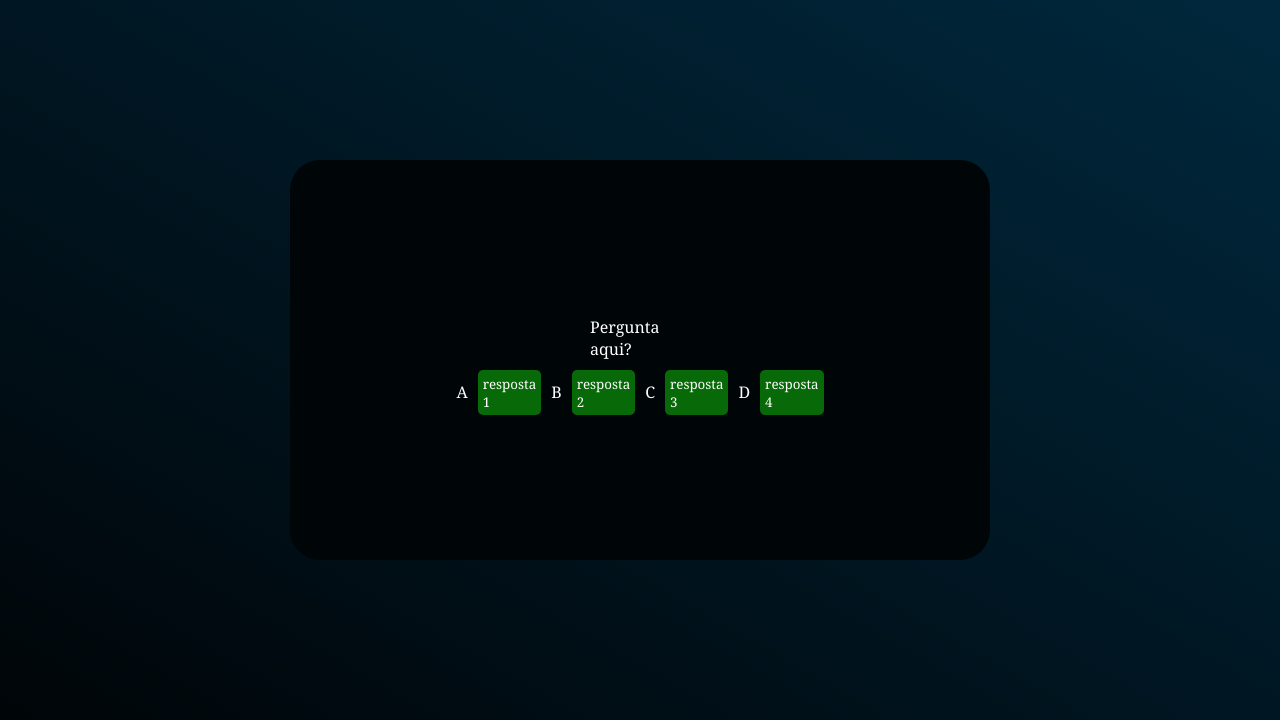
Repository: LaisSilvaO/Projeto-Quizz
Page: telas/index.html
The author's editor kept a copy of each file at every save. The page is drawn from the files as they stood at one save, then again after the next save.
The browser window is 1280 px wide. The pictures show the whole page.

Above is the page before, as saved 2024-12-26 10:47:01.

### telas/index.html
<!DOCTYPE html>
<html lang="pt-br">

<head>
    <meta charset="UTF-8">
    <meta name="viewport" content="width=device-width, initial-scale=1.0">
    <title>Perguntas</title>
    <link rel="stylesheet" href="../img/tela.css">
</head>

<body>

    <div class="box1">
        <div class="box2">
            <div class="content">
                <span class="qtddquestao"></span>
                <span class="questao">Pergunta aqui?</span>
                <div class="resposta">
                   A<button class="respbotao">resposta 1</button>
                   B<button class="respbotao">resposta 2</button>
                   C<button class="respbotao">resposta 3</button>
                   D<button class="respbotao">resposta 4</button>
                </div>
            </div>
            <div class="final">
                <span></span>
                <button>REINICIAR JOGO</button>
                <button class="proximapergunta">PROXIMA PERGUNTA</button>
            </div>
        </div>
    </div>


</body>

</html>

### img/tela.css
* {
  margin: 0;
  padding: 0;
  box-sizing: border-box;
  font-family: Cambria, Cochin, Georgia, Times, 'Times New Roman', serif;
}

body {
  height: 100vh;
  display: flex;
  justify-content: center;
  align-items: center;
  flex-direction: column;
  background: linear-gradient(210deg, #00283d, #000508);
}

main {
  background-color: white;
  padding: 10px;
  border-radius: 10px;
  width: 100%;
  max-width: 600px;
  min-height: 400px;
  display: flex;
  justify-content: center;
  align-items: center;
}

.box1{
  position: relative;
  width: 700px;
  height: 410px;

  border-radius: 30px;
  display: flex;
  justify-content: center;
  align-items: center;
  flex-direction: column;
  overflow: hidden;

}
.box2 {
  position: relative;
  width: 700px;
  height: 400px;
  background-color: #000508;
  border-radius: 30px;
  display: flex;
  justify-content: center;
  align-items: center;
  flex-direction: column;
  overflow: hidden;
  color: white;
}

/* Borda animada externa */
.box1::before {
  content: '';
  position: absolute;
  top: 0;
  left: 0;
  width: 100%;
  height: 100%;
  border-radius: 30px;
  border: 0px solid transparent; /* Espessura da borda aumentada */
  background-image: linear-gradient(to bottom, #157815, #93b608);
  background-size: 400%; /* Aumenta o tamanho da animação da borda */
  animation: borderAnimation 6s linear  infinite ;
  z-index: -1; /* Garante que a borda fique atrás do conteúdo */
}

@keyframes borderAnimation {
  0% {
    top: 0px;
    left: 0px;
}
25% {
    top: 0px;
    left: 700px; /* Canto superior direito */
}
50% {
    top: 0px;
    left: 0px; /* Canto inferior direito */
}
75% {
    top: 700px;
    left: 0px; /* Canto inferior esquerdo */
}
100% {
    top: 700px;
    left: 0px;  /* Retorna ao canto superior esquerdo */
}
}

h2{
  padding: 10px;
  display: flex;           /* Ativa o modelo de layout flex */
  justify-content: center; /* Centraliza horizontalmente */
  align-items: center;     /* Centraliza verticalmente */
  text-align: center;      /* Centraliza as linhas de texto */
  height: 40%;
}
h4{
  padding: 10px;
}

.content {
  display: flex;
  flex-direction: column;
  width: 100px;
  gap:10px;
}
.qtddquestao{
  text-align: end;
}
.resposta{
  display: flex;
  gap:10px;
  justify-content: center;
  align-items: center;
}
button{
  width: 90px;
  height: 45px;
  text-align: start;
  padding: 5px;
  border: none;
  border-radius: 5px;
  cursor: pointer;
  background-color: rgb(8, 105, 8);
  color: white;
}

.final{
  display: none;
  flex-direction: column;
  gap: 10px;

}
.final button{
  text-align: center;
}

After the next save:
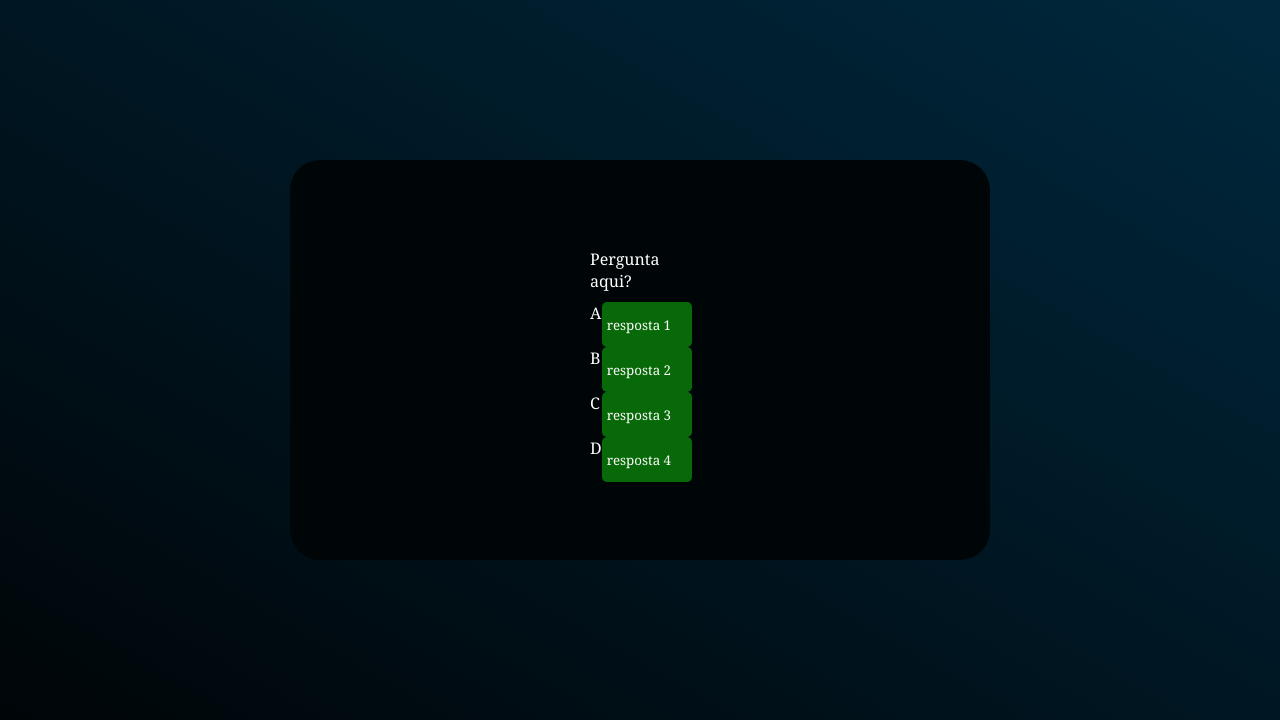
Saved 4 min 34 s later.
--- a/img/tela.css
+++ b/img/tela.css
@@ -113,12 +113,18 @@
 .qtddquestao{
   text-align: end;
 }
-.resposta{
+/*.resposta{
   display: flex;
   gap:10px;
   justify-content: center;
   align-items: center;
+}*/
+.resposta{
+  width: 100%;
+  display: grid;
+  grid-template-columns: 1fr 1fr;
 }
+
 button{
   width: 90px;
   height: 45px;

After the save that followed:
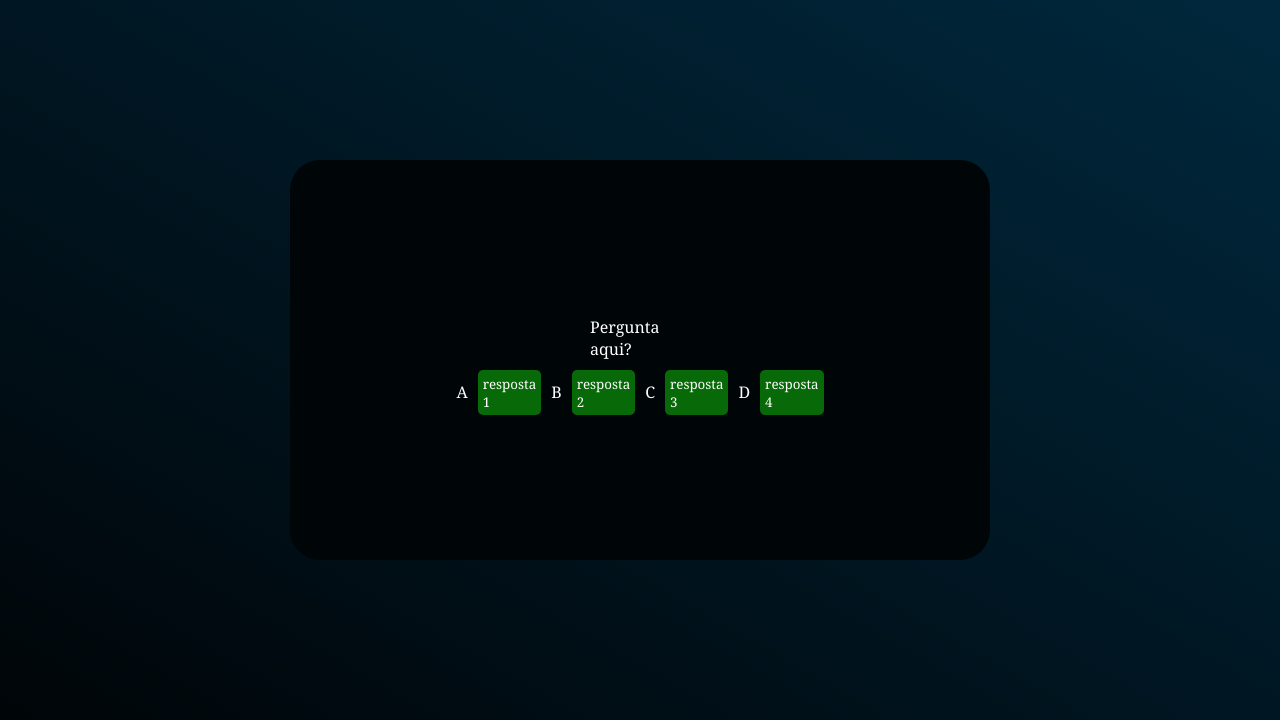
Saved 58 s later.
--- a/img/tela.css
+++ b/img/tela.css
@@ -113,17 +113,13 @@
 .qtddquestao{
   text-align: end;
 }
-/*.resposta{
+.resposta{
   display: flex;
   gap:10px;
   justify-content: center;
   align-items: center;
-}*/
-.resposta{
-  width: 100%;
-  display: grid;
-  grid-template-columns: 1fr 1fr;
 }
+
 
 button{
   width: 90px;
